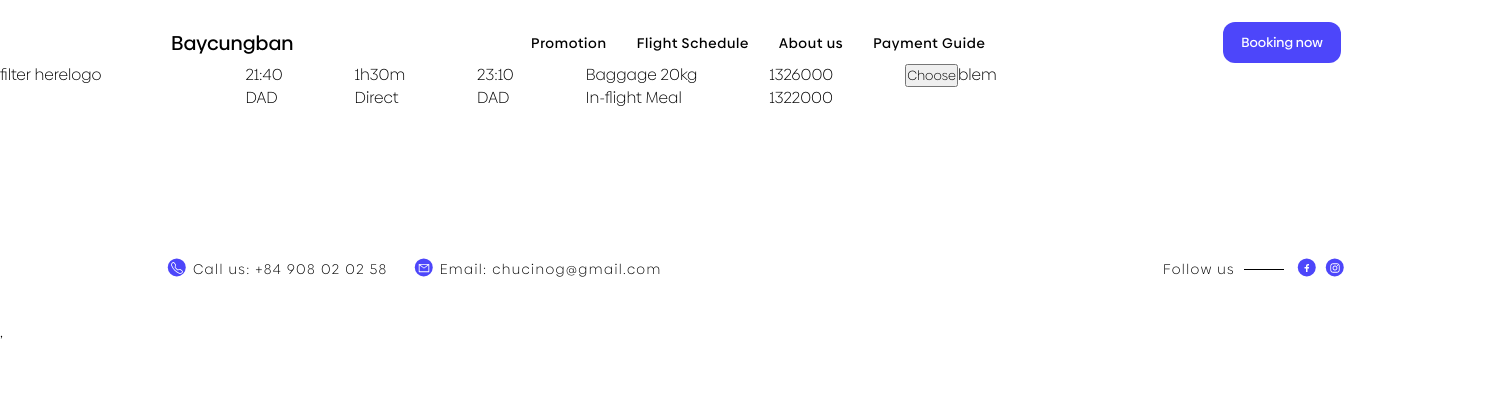
Repository: pinocoding/my-flying
Page: /list (app in my-flying/)
An editor plug-in stored every save of this project. The page is shown before and after a run of saves, followed by the edit.
The browser window is 1280 px wide. The page is 1512 px wide, so the pictures cover 1512 px, including what lies to the right of the window. The pictures show the whole page.
The project was rebuilt for these pictures with package versions that can differ from the ones it lists, and the page was loaded fresh each time. Also part of the build but not shown: my-flying/src/components/InDecreaBtn/InDecreaBtn.js, my-flying/src/components/TravelBooking/TravelBooking.css, my-flying/src/components/TravelBooking/TravelBooking.js, my-flying/src/components/home/Home.css, my-flying/src/components/home/Home.js. Imported but missing from the stored project, and not drawn on this page: my-flying/src/reportWebVitals.

Above is the page before, as saved 2022-09-09 16:51:52.

### my-flying/src/index.js
import React from "react";
import ReactDOM from "react-dom/client";
import "./index.css";
import App from "./App";
import reportWebVitals from "./reportWebVitals";
import "./font/SVN-Biennale/Biennale-Bold.otf";
const root = ReactDOM.createRoot(document.getElementById("root"));
root.render(
  <React.StrictMode>
    <App />
  </React.StrictMode>
);

// If you want to start measuring performance in your app, pass a function
// to log results (for example: reportWebVitals(console.log))
// or send to an analytics endpoint. Learn more: https://bit.ly/CRA-vitals
reportWebVitals();

### my-flying/src/index.css
@font-face {
  font-family: "SVN-Biennale";
  src: local("SVN-Biennale"),
    url("./font/SVN-Biennale/Biennale-Light.otf") format("opentype");

  font-weight: 400;
}

@font-face {
  font-family: "SVN-Biennale";
  src: local("SVN-Biennale"),
    url("./font/SVN-Biennale/Biennale-Medium.otf") format("opentype");

  font-weight: 600;
}

### my-flying/src/App.js
import React from "react";

import { render } from "react-dom";
import { BrowserRouter, Routes, Route } from "react-router-dom";
import Home from "../src/components/Home/Home";
import List from "./components/List/List";
import "./App.css";
function App() {
  return (
    <div className="App">
      <BrowserRouter>
        <Routes>
          <Route path="/" element={<Home />} />
          <Route path="/list" element={<List />} />
        </Routes>
      </BrowserRouter>
      ,
    </div>
  );
}

export default App;

### my-flying/src/components/List/List.js
import React from "react";
import Header from "../Header/Header";
import Footer from "../Footer/Footer";
import "./List.css";
import FlightInfor from "../FlightsInfor/FlightInfor";
function List() {
  return (
    <div>
      <Header />

      <div className="list-container">
        <div className="list-infor"></div>
        <div className="list-filter">filter here</div>
        <div className="list-row">
          <FlightInfor />
        </div>
        <div className="list-userFlight">blem</div>
      </div>
      <Footer />
    </div>
  );
}

export default List;

### my-flying/src/App.css
* {
  box-sizing: border-box;
  margin: 0;
  padding: 0;
  scroll-behavior: smooth;
  font-family: "SVN-Biennale", Courier, monospace;
}
.App {
  width: 1512px;
  margin: 0 auto;
}

### my-flying/src/components/Header/Header.js
import React from "react";
import "./Header.css";

function Header() {
  return (
    <div className="header">
      <div className="header-logo">
        <div className="header-logo-name">Baycungban</div>
        {/* <div>img</div>
        <div>img</div> */}
      </div>

      <ul className="header-nav">
        <li>
          <a href="/#">Promotion</a>
        </li>
        <li>
          <a href="/flight-schedule">Flight Schedule</a>
        </li>
        <li>
          <a href="/#">About us</a>
        </li>
        <li>
          <a href="/#">Payment Guide</a>
        </li>
      </ul>

      <button className="header-booking">Booking now</button>
    </div>
  );
}

export default Header;

### my-flying/src/components/Footer/Footer.js
import React from "react";
import { BsTelephone } from "react-icons/bs";
import { AiOutlineMail, AiOutlineInstagram } from "react-icons/ai";
import { TiSocialFacebook } from "react-icons/ti";
import "./Footer.css";
function Footer() {
  return (
    <div className="footer">
      <ul>
        <li>
          <a href="/#" className="footer-link">
            <BsTelephone className="footer-icon" />
          </a>
          <span>Call us: +84 908 02 02 58</span>
        </li>

        <li>
          <a href="/#" className="footer-link">
            <AiOutlineMail className="footer-icon" />
          </a>
          <span>Email: chucinog@gmail.com</span>
        </li>
      </ul>

      <div>
        <span className="footer-follow">Follow us</span>
        <a href="/#" className="footer-link footer-facebook">
          <TiSocialFacebook className="footer-icon" />
        </a>
        <a href="/#" className="footer-link">
          <AiOutlineInstagram className="footer-icon" />
        </a>
      </div>
    </div>
  );
}

export default Footer;

### my-flying/src/components/List/List.css
.list-container {
  display: flex;
}

.list-row {
  width: 890px;
  height: 124px;
  border-radius: 12px;
}

### my-flying/src/components/FlightsInfor/FlightInfor.js
import React from "react";
import "./FlightInfor.css";

function FlightInfor() {
  return (
    <div className="flight-container">
      <ul>
        <li>logo</li>
        <li className="flight-name"></li>
        <li className="flight-time">
          <p>21:40</p>
          <p>DAD</p>
        </li>

        <li className="flight-direc">
          <p>1h30m</p>
          <p></p>
          <p>Direct</p>
        </li>
        <li className="flight-time">
          <p>23:10</p>
          <p>DAD</p>
        </li>

        <li className="flight-meal">
          <p>Baggage 20kg </p>
          <p>In-flight Meal </p>
        </li>

        <li className="flight-price">
          <p>1326000</p>
          <p>1322000</p>
        </li>
        <li className="flight-choose">
          <button>Choose</button>
        </li>
      </ul>
    </div>
  );
}

export default FlightInfor;

### my-flying/src/components/Header/Header.css
.header {
  display: flex;
  justify-content: space-between;
  text-align: center;
  padding: 22px 171px 0 171px;
}
.header-logo {
  display: flex;
}
.header-logo-name {
  font-weight: 600;
  font-size: 20px;
  align-items: center;
  display: flex;
}
.header-nav {
  display: flex;
  list-style: none;
  justify-content: space-between;
  gap: 0 30px;
  align-items: center;
}
.header-nav li a {
  color: rgba(0, 0, 0, 1);
  text-decoration: none;
  font-family: "SVN-Biennale";
  font-style: normal;
  font-weight: 600;
  font-size: 14px;
  line-height: 21px;

  text-align: center;
  letter-spacing: 0.05em;
}
.header-booking {
  background-color: rgba(77, 70, 250, 1);
  color: white;
  height: 41px;
  width: 118px;
  left: 1223px;
  top: 38px;
  border-radius: 12px;
  padding: 10px 16px 10px 16px;
  border: none;
  cursor: pointer;
  font-weight: 600;
}

### my-flying/src/components/Footer/Footer.css
.footer {
  display: flex;
  justify-content: space-between;
  text-align: center;
  width: 100%;
  padding: 70px 171px 40px 171px;
}
.footer ul {
  list-style: none;
  display: flex;
  gap: 0 30px;
}
.footer-link {
  position: relative;
}
.footer-icon {
  color: white;
  font-size: 12px;
}

.footer-link:after {
  content: "";
  position: absolute;
  top: 0;
  left: 0;
  width: 18px;
  height: 18px;
  border-radius: 50%;
  transform: translate(-18%, 8%);
  background-color: #4d46fa;

  z-index: -1;
}
.footer ul li span {
  padding-left: 10px;
  font-family: "SVN-Biennale";
  font-style: normal;
  font-weight: 400;
  font-size: 14px;
  line-height: 21px;
  /* identical to box height */

  letter-spacing: 0.1em;

  color: #000000;
}
.footer-follow {
  width: 72px;
  height: 21px;
  font-family: "SVN-Biennale";
  font-style: normal;
  font-weight: 400;
  font-size: 14px;
  line-height: 21px;
  /* identical to box height */

  letter-spacing: 0.1em;

  color: #000000;

  position: relative;
  margin-right: 50px;
}

.footer-follow:after {
  content: "";
  position: absolute;
  top: 50%;
  right: 0;
  width: 40px;
  height: 1px;
  left: 81px;
  background-color: black;

  z-index: -1;
}
.footer-facebook {
  margin: 0 16px 0 16px;
}

### my-flying/src/components/FlightsInfor/FlightInfor.css
.flight-container {
  width: 100%;
}

.flight-container ul {
  list-style: none;
  display: flex;
  justify-content: space-between;
}

After the next 2 saves:
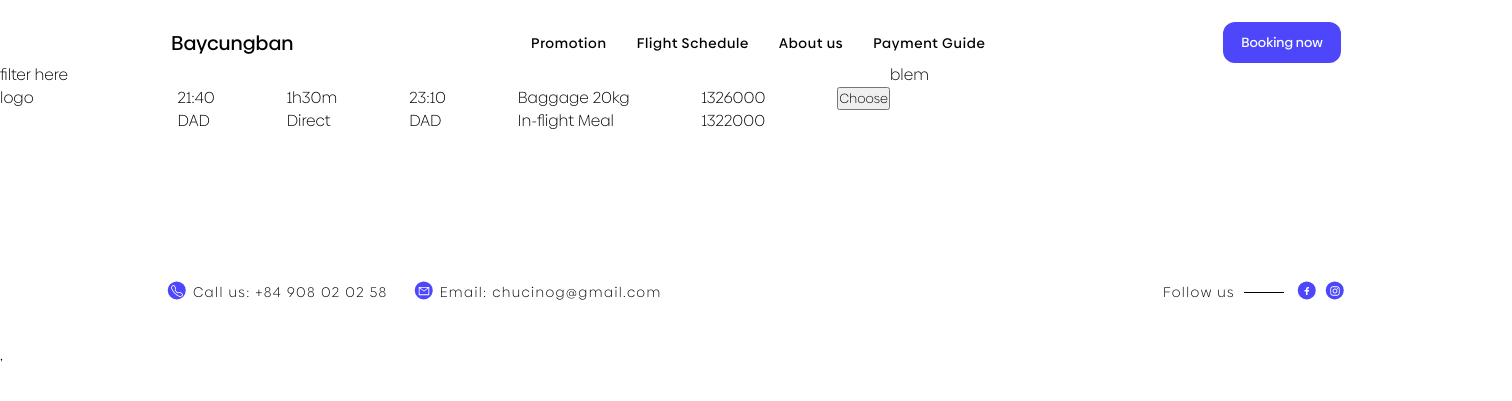
The 2 saves are shown as one change because they came seconds apart.
The last was saved 6 s later.
--- a/my-flying/src/components/List/List.js
+++ b/my-flying/src/components/List/List.js
@@ -9,11 +9,14 @@ function List() {
       <Header />
 
       <div className="list-container">
-        <div className="list-infor"></div>
-        <div className="list-filter">filter here</div>
-        <div className="list-row">
-          <FlightInfor />
+        <div className="list-infor">
+          {" "}
+          <div className="list-filter">filter here</div>
+          <div className="list-row">
+            <FlightInfor />
+          </div>
         </div>
+
         <div className="list-userFlight">blem</div>
       </div>
       <Footer />
